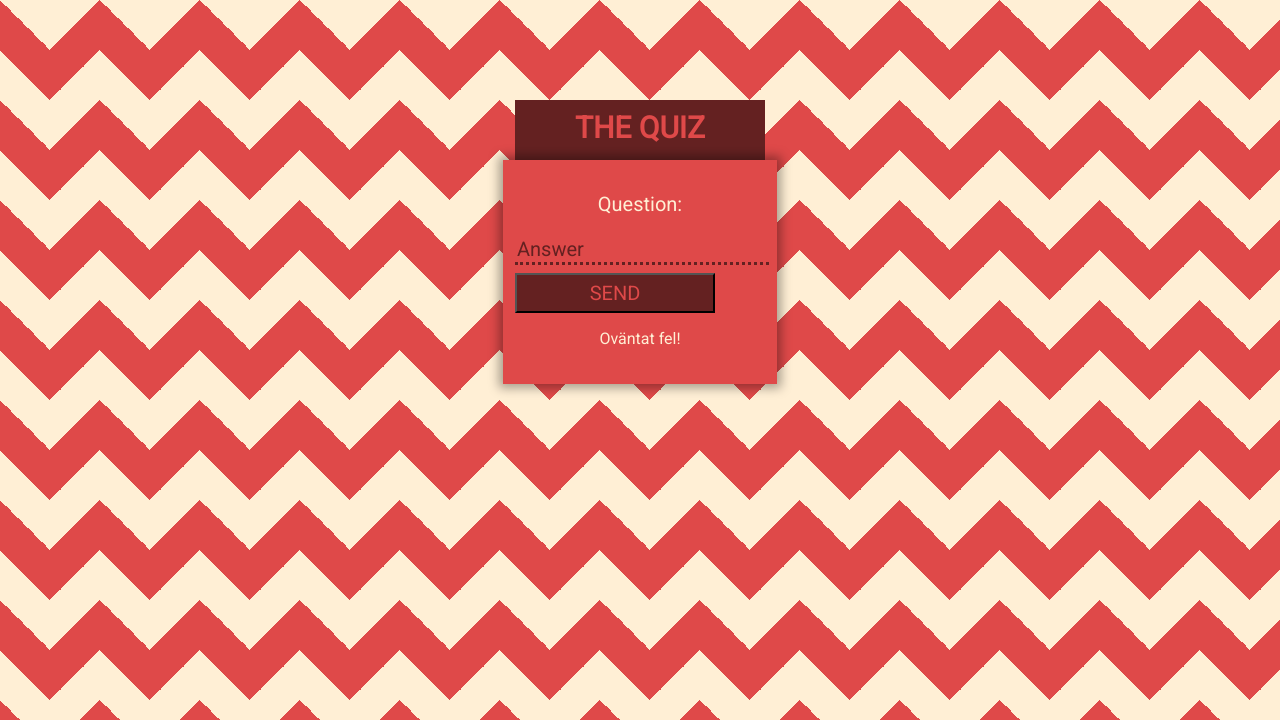
Repository: rs222kn/1dv403-laborationer
Page: 4-thequiz/index.html
The author's editor kept a record of every edit. The page is drawn from the files as they stood at one moment, then again after the next edit.
The browser window is 1280 px wide. The pictures show the whole page.
The page's requests for data from a server got no answer.

Above is the page before.

After the next edit:
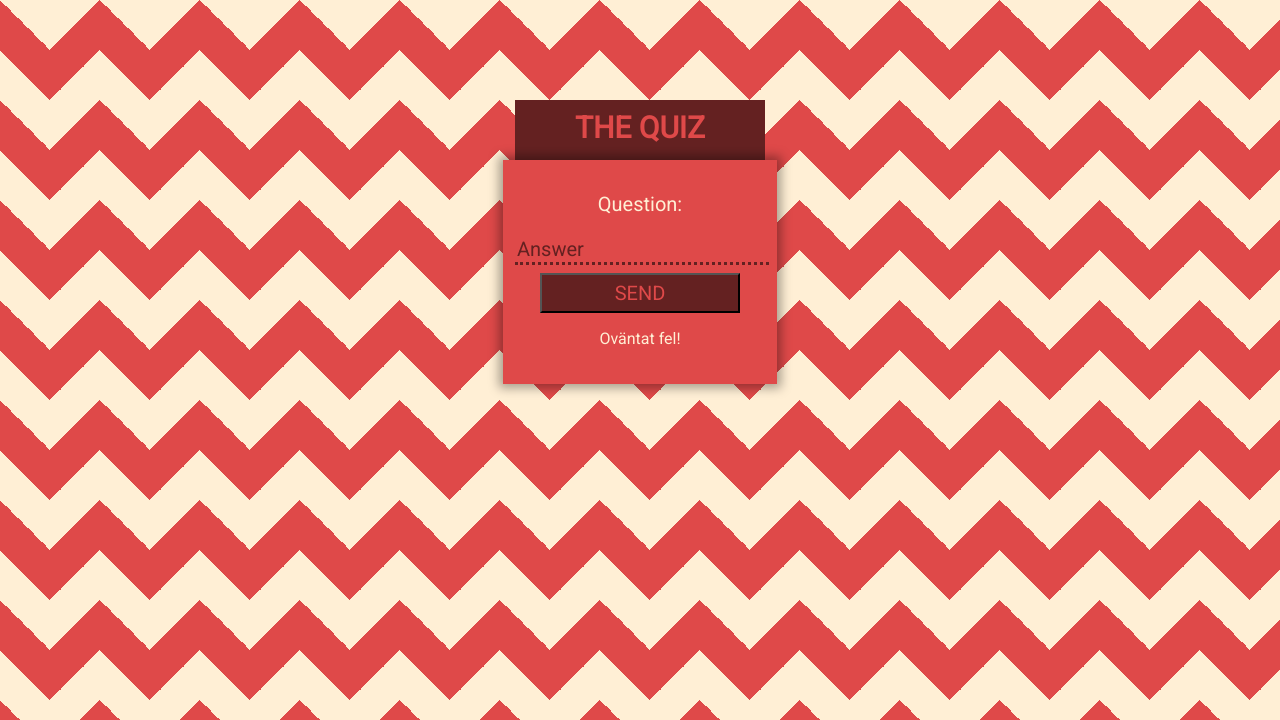
The edit:
--- a/4-thequiz/css/style.css
+++ b/4-thequiz/css/style.css
@@ -65,7 +65,10 @@
 }
 
 #submit{
-    margin:auto;
+
+    display: table;
+    margin: 0 auto;
+
     height:40px;
     width:200px;
     font-family: 'Roboto', sans-serif;
